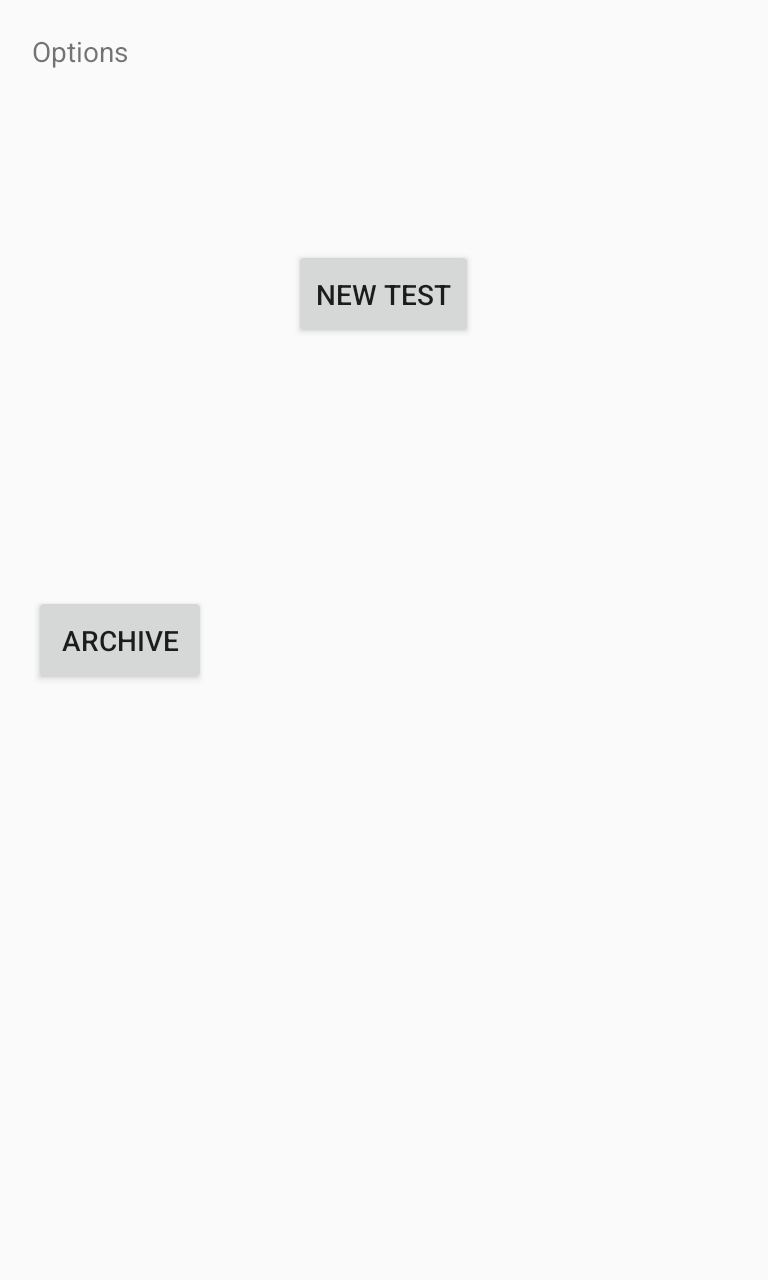
Repository: klund101/OticonHearingEvaluation
Layout: hearing_evaluation/res/layout/activity_options.xml
The author's editor kept a copy of each file at every save. The layout is drawn from the files as they stood at one save, then again after the next save.
It is drawn on a 768 x 1280 px phone screen (xhdpi) without system bars, with theme AppTheme; the app's code is not run.

Above is the layout before, as saved 2015-09-14 11:17:56.

After the next save:
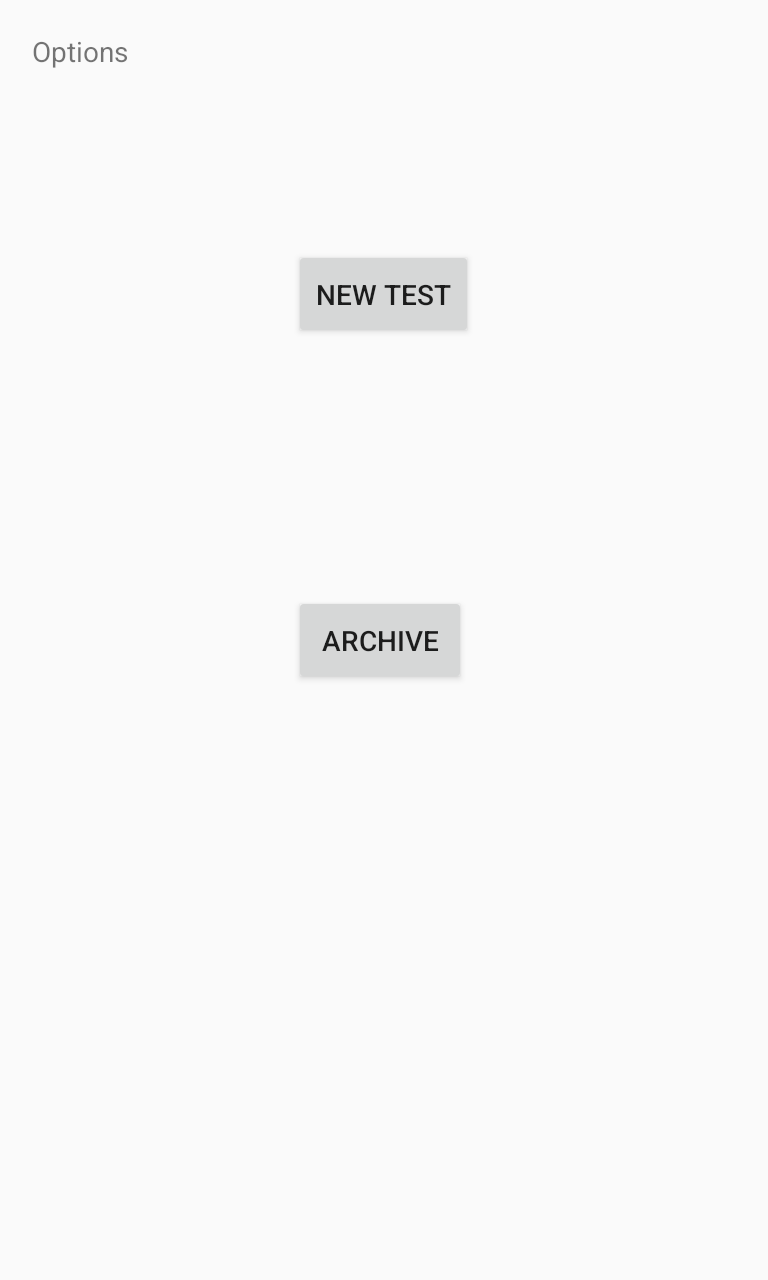
Saved 9 s later.
--- a/hearing_evaluation/res/layout/activity_options.xml
+++ b/hearing_evaluation/res/layout/activity_options.xml
@@ -27,7 +27,7 @@
         android:id="@+id/btnArchive"
         android:layout_width="wrap_content"
         android:layout_height="wrap_content"
-        android:layout_alignLeft="@+id/button1"
+        android:layout_alignLeft="@+id/btnNewTest"
         android:layout_centerVertical="true"
         android:text="Archive" />
 
